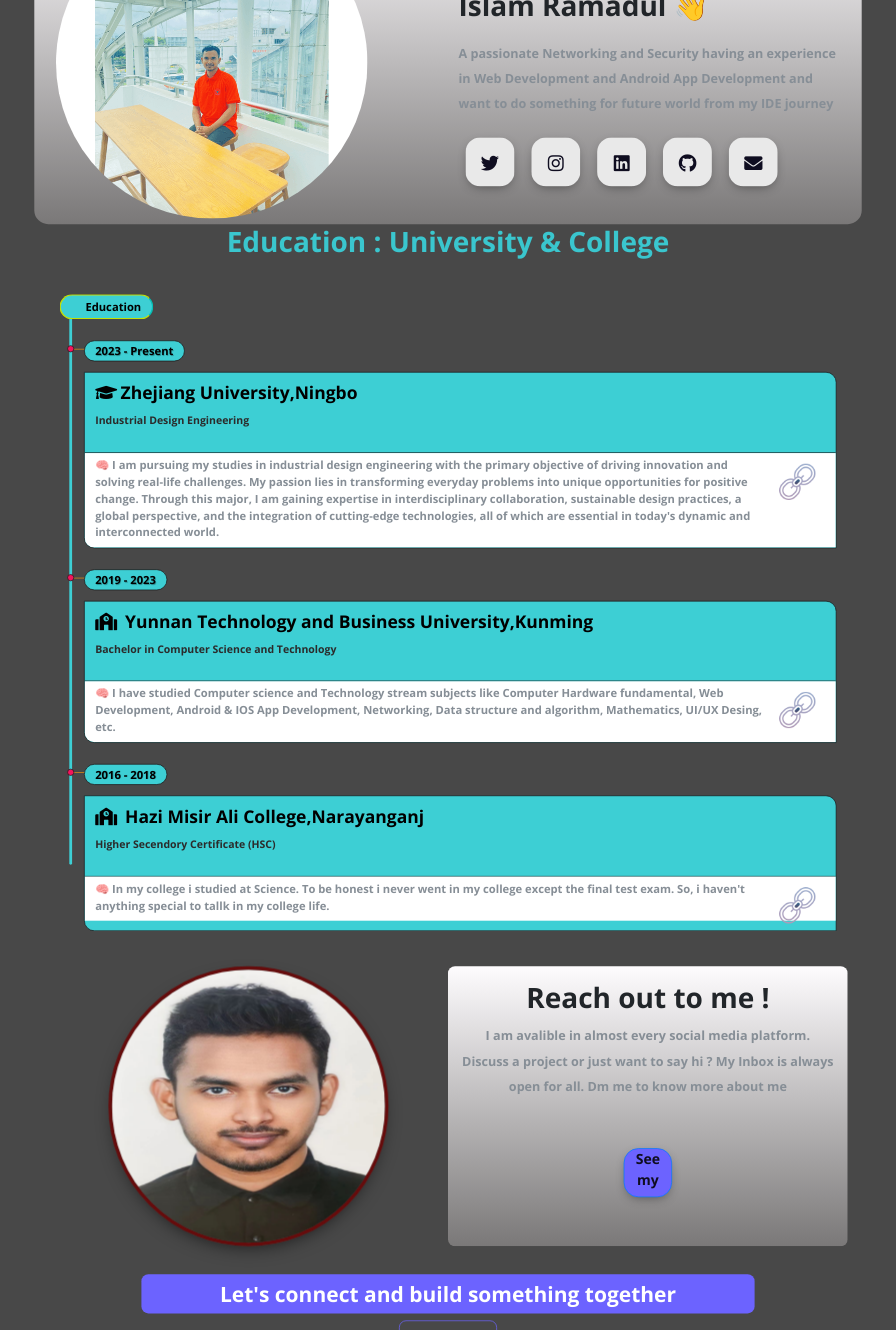
Repository: ramizraaz/ZjuProtfolio
Page: index.html
An editor plug-in stored every save of this project. The page is shown before and after the next save, followed by the edit.
The browser window is 1280 px wide. The pictures show the part of the page from y = 286 to 2186 px (the page is 2715 px tall), at 70% of full size.
Some icons come from a web library that is not loaded, so they are not drawn. A picture or video elsewhere on the page could not be fetched, so the positions and the page height are approximate. Some web fonts or font styles are not loaded; a fallback is used. Some web libraries are served in a nearby version.

Above is the page before, as saved 2023-10-08 19:43:50.

### index.html
<!DOCTYPE html>
<html lang="en" dir="ltr">

<head>
    <meta charset="utf-8">
    <meta name="viewport" content="width=device-width,initial-scale=1">
    <title>宋伟's Profile | Personal website</title>
    <link rel="icon" href="Image/RR.png">
    <link rel="stylesheet" href="https://stackpath.bootstrapcdn.com/bootstrap/4.5.0/css/bootstrap.min.css" integrity="sha384-9aIt2nRpC12Uk9gS9baDl411NQApFmC26EwAOH8WgZl5MYYxFfc+NcPb1dKGj7Sk" crossorigin="anonymous">
    <link rel="stylesheet" href="style.css">
    <link href="https://fonts.googleapis.com/css2?family=Arizonia&family=Montserrat:wght@400;800&display=swap" rel="stylesheet">
    <link href="https://fonts.googleapis.com/css2?family=Open+Sans:wght@700&display=swap" rel="stylesheet">
    <link rel="stylesheet" href="https://use.fontawesome.com/releases/v5.4.1/css/all.css" />
    <link rel="stylesheet" href="https://cdnjs.cloudflare.com/ajax/libs/font-awesome/5.13.1/css/all.min.css">
    <script src="https://code.jquery.com/jquery-3.5.1.slim.min.js" integrity="sha384-DfXdz2htPH0lsSSs5nCTpuj/zy4C+OGpamoFVy38MVBnE+IbbVYUew+OrCXaRkfj" crossorigin="anonymous"></script>
    <script src="https://cdn.jsdelivr.net/npm/popper.js@1.16.0/dist/umd/popper.min.js" integrity="sha384-Q6E9RHvbIyZFJoft+2mJbHaEWldlvI9IOYy5n3zV9zzTtmI3UksdQRVvoxMfooAo" crossorigin="anonymous"></script>
    <script src="https://stackpath.bootstrapcdn.com/bootstrap/4.5.0/js/bootstrap.min.js" integrity="sha384-OgVRvuATP1z7JjHLkuOU7Xw704+h835Lr+6QL9UvYjZE3Ipu6Tp75j7Bh/kR0JKI" crossorigin="anonymous"></script>
</head>

<body class="container-fluid body_section">
    <header>
        <nav class="navbar navbar-expand-lg navbar-light ">
            <a class="navbar-brand brand-name" href="#">Ramiz Raaz | Solo Rider</a>
            <button class="navbar-toggler" type="button" data-toggle="collapse" data-target="#navbarSupportedContent" aria-controls="navbarSupportedContent" aria-expanded="false" aria-label="Toggle navigation">
                  <span class="navbar-toggler-icon"></span>
                </button>
            <div class="collapse navbar-collapse" id="navbarSupportedContent">
                <ul class="navbar-nav ml-auto">
                    <li class="nav-item">
                        <a class="nav-link headerachor" href="index.html">Home</a>
                    </li>

                    <li class="nav-item">
                        <a class="nav-link headerachor" href="#Education">Education</a>
                    </li>
                    <li class="nav-item">
                        <a class="nav-link headerachor" href="">Skills</a>
                    </li>
                    <li class="nav-item">
                        <a class="nav-link headerachor" href="">Projects</a>
                    </li>
                    <li class="nav-item">
                        <a class="nav-link headerachor" href="">Contact Me</a>
                    </li>
                </ul>
        </nav>
    </header>
    <!-- Intro Section -->
    <section id="Home">
        <div class="row column1">
            <div class="col-lg-6 col-md-6 first-image">
                <img class="boyimage" src="img/me.gif" alt="">
            </div>
            <div class="col-lg-6 section-1">
                <h1 class="Hello">Welcome stranger!&nbsp&nbspI'm Islam Ramadul <span class="wave">👋</span></h1>
                <p>A passionate Networking and Security having an experience in Web Development and Android App Development and want to do something for future world from my IDE journey</p>
                <div class=social_media_icon>
                    <a class="btn" href="https://twitter.com/ramiz_raaz" target=_blank>
                        <i class="fab fa-twitter"></i>
                    </a>
                    <a class="btn" href="https://www.instagram.com/ramiz_raaz/" target=_blank>
                        <i class="fab fa-instagram"></i>
                    </a>
                    <a class="btn" href="https://www.linkedin.com/" target=_blank>
                        <i class="fab fa-linkedin" aria-hidden="true"></i>
                    </a>
                    <a class="btn" href="https://github.com/ramizraaz" target=_blank>
                        <i class="fab fa-github"></i>
                    </a>
                    <a class="btn" href="mailto:romiz.romeo.raaz@gmail.com/" target=_blank>
                        <i class="fa fa-envelope"></i>
                    </a>
                </div>
            </div>
    </section>
    <!-- Education Section -->
    <section id="Education">
        <div class="container">
            <div class="Heading">
                <h1>Education : University & College</h1>
                <br>
            </div>
            <div class="timeline">
                <div class="timeline-month">
                    Education
                </div>
                <div class="timeline-section">
                    <div class="timeline-date">
                        2023 - Present
                    </div>
                    <div class="row">
                        <div class="col-lg">
                            <div class="timeline-box">
                                <div class="box-title">
                                    <i class="fas fa-graduation-cap" aria-hidden="true"></i>Zhejiang University,Ningbo
                                    <p class="degree">Industrial Design Engineering</p>
                                </div>
                                <div class="box-content">
                                    <a class="btn-sm  float-right" role="button" href="https://www.zju.edu.cn/english/" target=_blank><img src="img/BTN.png" alt="visit here"></a>
                                    <div class="box-item">🧠 I am pursuing my studies in industrial design engineering with the primary objective of driving innovation and solving real-life challenges. My passion lies in transforming everyday problems into unique opportunities
                                        for positive change. Through this major, I am gaining expertise in interdisciplinary collaboration, sustainable design practices, a global perspective, and the integration of cutting-edge technologies, all of which
                                        are essential in today's dynamic and interconnected world.</div>
                                </div>
                            </div>
                        </div>
                    </div>
                </div>

                <div class="timeline-section">
                    <div class="timeline-date">
                        2019 - 2023
                    </div>
                    <div class="row">
                        <div class="col-lg">
                            <div class="timeline-box">
                                <div class="box-title">
                                    <i class="fas fa-school" aria-hidden="true"></i> Yunnan Technology and Business University,Kunming
                                    <p class="degree">Bachelor in Computer Science and Technology</p>
                                </div>
                                <div class="box-content">
                                    <a class="btn-sm  float-right" role="button" href="https://www.ytbu.edu.cn/" target=_blank><img src="img/BTN.png" alt="visit here"></a>
                                    <div class="box-item ">🧠 I have studied Computer science and Technology stream subjects like Computer Hardware fundamental, Web Development, Android & IOS App Development, Networking, Data structure and algorithm, Mathematics, UI/UX Desing,
                                        etc.
                                    </div>

                                </div>
                            </div>
                        </div>
                    </div>
                </div>

                <div class="timeline-section ">
                    <div class="timeline-date ">
                        2016 - 2018
                    </div>
                    <div class="row ">
                        <div class="col-lg ">
                            <div class="timeline-box ">
                                <div class="box-title ">
                                    <i class="fas fa-school " aria-hidden="true "></i> Hazi Misir Ali College,Narayanganj
                                    <p class="degree "> Higher Secendory Certificate (HSC)</p>
                                </div>
                                <div class="box-content ">
                                    <a class="btn-sm float-right " role="button" href="http://hmuc.edu.bd/" target=_blank><img src="img/BTN.png" alt="visit here"></a>
                                    <div class="box-item ">🧠 In my college i studied at Science. To be honest i never went in my college except the final test exam. So, i haven't anything special to tallk in my college life.</div>
                                    <div class="box-item "><b>
                                </div>
                            </div>
                        </div>
                    </div>
                </div>
            </div>
        </div>
    </section>
<!-- Contact Section -->
<section id="contact">
    <div class="row first-section">
        <div class="col-lg-6 col-md-6">
            <img class = "Profilepic" src="img/me.jpg" alt="">
        </div>
        <div class="col-lg-6 col-md-6 context">
            <h1>Reach out to me !</h1>
            <p>I am avalible in almost every social media platform.<br>
                Discuss a project or just want to say hi ? My Inbox is always open for all. Dm me to know more about me</p>
            <ul class="ico">
                <li class="icon"><a href="https://github.com/JCjaiRN/" target=_blank><span class="iconify github" data-icon="ant-design:github-filled" data-inline="false"  data-width="50" data-height="50"></span></li></a>
                 <li class="icon"><a href="https://www.instagram.com/j_c_r_n/" target=_blank><span class="iconify instagram" data-icon="entypo-social:instagram-with-circle" data-inline="false" data-width="50" data-height="50"></span></li></a>
                 <li class="icon"><a href="https://www.linkedin.com/in/jayachandran-jc-8064a919b/" target=_blank><span class="iconify linkedin" data-icon="entypo-social:linkedin-with-circle" data-inline="false"  data-width="50" data-height="50"></span></li></a>
                <li class="icon"><a href="mailto:jcrn2k@gmail.com/" target=_blank><span class="iconify google" data-icon="ant-design:google-plus-circle-filled" data-inline="false" data-width="50" data-height="50"></span></li></a>
                </ul>
                <a href="JCRN  Resume.pdf" target=_blank><button type="button" class="btn btn-primary btn-lg Resume">See my Resume</button></a>
         </div>
    </div>
    </section>
<section>
    <div class="second-section">
        <h1 class="connect">Let's connect and build something together</h1>
        <a class="sayhello" href="#contact">Say Hello <span class="wave">👋</span></a>
        <div class="col-lg-6 connect-image">
        <img  class= "connection" src="Image/connection.svg" alt="">
    </div>
    </div>
</section>
    </form>
    <footer class=footer>All the copyrights reserve 2023 Zju,NB | Made by 宋伟</footer>
</body>

</html>

### style.css
body {
    font-family: 'Open Sans', sans-serif;
    margin: 0;
    background: #b1adad;
    animation: pulse 10s infinite;
}

@keyframes pulse {
    0% {
        background: #F2F2F2;
    }
    10% {
        background: #FFFFFF;
    }
    20% {
        background: #d6d6d6e2;
        ;
    }
    30% {
        background: #acacacd8;
    }
    40% {
        background: #6b6b6bcf;
    }
    50% {
        background: #484848;
    }
    60% {
        background: #292929c8;
    }
    70% {
        background: #2f2e2ebc;
    }
    80% {
        background: #242424bb;
    }
    90% {
        background: #1e1e1ef7;
    }
    100% {
        background: #a6a6a6;
    }
}

.body_section {
    padding: 3% 5% 1%;
}

p {
    font-size: 18px;
}

a {
    text-decoration: none;
}

@font-face {
    font-family: "Lovely Home";
    src: local('Lovely Home'), url("Image/LovelyHome-9aBZ.ttf") format('truetype');
}

.brand-name,
.navbar-light .navbar-brand {
    font-family: "Lovely Home";
    font-size: 50px;
    font-weight: bold;
    color: #d72525e4;
    text-shadow: 2px 2px 4px #e71f4a;
}

.headerachor {
    margin: 0 7px 0 7px;
    border-radius: 15px;
    font-size: 25px;
}

.headerachor:hover {
    background-color: #ffffff82;
}


/* Section 1 */

.column1 {
    background-image: linear-gradient(#fefcfe, #7a7878);
    padding: 8px 16px;
    border-radius: 20px;
}

.section-1 {
    margin-top: 6%;
    text-align: left;
    position: relative;
}

span.wave {
    animation-name: wave-animation;
    animation-duration: 2.5s;
    animation-iteration-count: infinite;
    transform-origin: 70% 70%;
    display: inline-block;
}

@keyframes wave-animation {
    0% {
        transform: rotate( 0.0deg)
    }
    10% {
        transform: rotate(-10.0deg)
    }
    20% {
        transform: rotate( 12.0deg)
    }
    30% {
        transform: rotate(-10.0deg)
    }
    40% {
        transform: rotate( 9.0deg)
    }
    50% {
        transform: rotate( 0.0deg)
    }
    100% {
        transform: rotate( 0.0deg)
    }
}

.boyimage {
    height: 445px;
    border-radius: 50%;
}

@media only screen and (max-width: 1183px) {
    .first-image {
        right: 160px;
    }
}

.Image-boy {
    text-align: center;
    align-items: center;
}

@media only screen and (min-width:951px) {
    .Image-boy {
        display: none;
    }
}

.Hello {
    margin-bottom: 20px;
}

p {
    line-height: 2;
    color: #d35d5d;
}

.btn {
    display: inline-block;
    width: 4.37rem;
    height: 4.37rem;
    background: #e9e9e9;
    padding: 0px 0px;
    margin: 10px;
    border-radius: 30%;
    box-shadow: 0 5px 15px -5px #00000070;
    color: #0f0d20;
    overflow: hidden;
    position: relative;
}

.btn i {
    line-height: 70px;
    font-size: 1.625rem;
    transition: 0.2s linear;
}

.btn:hover i {
    transform: scale(1.3);
    color: #f1f1f1;
}

.btn::before {
    content: "";
    position: absolute;
    width: 120%;
    height: 120%;
    background: #f37312;
    transform: rotate(45deg);
    left: -110%;
    top: 90%;
}

.btn:hover::before {
    animation: aaa 0.7s 1;
    top: -10%;
    left: -10%;
}

@media only screen and (max-width:470px) {
    .btn {
        width: 2.5rem;
        height: 2.5rem;
        margin: 7px;
    }
    .btn i {
        line-height: 40px;
        font-size: 1em;
    }
}


/* Education CSS */

.Heading {
    text-align: center;
    color: #3ac6ce;
}

.timeline {
    margin-top: 20px;
    position: relative;
}

.timeline:before {
    position: absolute;
    content: '';
    width: 4px;
    height: calc(100% - 100px);
    background: #3dcfd4;
    left: 14px;
    top: 5px;
    border-radius: 4px;
}

.timeline-month {
    color: black;
    position: relative;
    padding: 4px 15px 4px 35px;
    background-color: #3dcfd4;
    display: inline-block;
    width: auto;
    border-radius: 40px;
    border: 2px solid #c3e006;
    border-right-color: rgb(6, 193, 183);
    margin-bottom: 30px;
}

.timeline-section {
    padding-left: 35px;
    display: block;
    position: relative;
    margin-bottom: 30px;
}

.timeline-date {
    margin-bottom: 15px;
    padding: 2px 15px;
    background: #3dcfd4;
    position: relative;
    display: inline-block;
    border-radius: 20px;
    border: 1px solid #1b1717;
    color: black;
    text-shadow: 1px 1px 1px rgba(0, 0, 0, 0.3);
}

.timeline-section:before {
    content: '';
    position: absolute;
    width: 30px;
    height: 1px;
    background-color: #e89014;
    top: 12px;
    left: 20px;
}

.timeline-section:after {
    content: '';
    position: absolute;
    width: 10px;
    height: 10px;
    background: #f3155b;
    top: 7px;
    left: 11px;
    border: 1px solid #17191B;
    border-radius: 100%;
}

.timeline-box {
    position: relative;
    color: black;
    background-color: #3dcfd4;
    border-radius: 15px;
    border-top-left-radius: 0px;
    border-bottom-right-radius: 0px;
    border: 1px solid #17191B;
    transition: all 0.3s ease;
    overflow: hidden;
}

.box-icon {
    position: absolute;
    right: 5px;
    top: 0px;
}

.box-title {
    padding: 10px 15px;
    font-size: 25px;
    border-bottom: 1px solid #17191B;
}

.degree {
    font-size: 15px;
    color: #2b2b2b;
}

.box-title i {
    margin-right: 5px;
}

.box-content {
    padding: 5px 15px;
    background-color: white;
}

.box-item {
    margin-bottom: 5px;
    color: #868e96;
    font-weight: 400;
}

.certificate {
    padding-top: 20px;
}

.certificate-text {
    text-align: center;
}

.box-shadow {
    box-shadow: 5px 5px 5px #d9dbdf;
}


/* Contact style */

#contact {
    padding: 20px 20px 10px;
}

.first-section {
    text-align: center;
}

.Profilepic {
    border-radius: 100%;
    width: 400px;
    height: 400px;
    border: 5px solid;
    border-color: #660c0c;
    box-shadow: 0 10px 30px -15px rgba(0, 0, 0, 0.897);
    ;
}

.context {
    border-radius: 10px;
    background-image: linear-gradient(#fefcfe, #7a7878);
    text-align: center;
    padding-top: 20px;
}

h1 {
    font-weight: bold;
}

p {
    padding-top: 5px;
    padding-bottom: 5px;
    color: #868e96;
}

.ico {
    padding: 0;
}

.icon {
    text-decoration: none;
    list-style: none;
    margin: 0 7px 0;
    display: inline;
}

.github {
    color: gray;
}

.instagram {
    color: #fb3958;
}

.linkedin {
    color: #0e76a8;
}

.google {
    color: #ea4335;
}

.github:hover,
.instagram:hover,
.google:hover,
.linkedin:hover {
    color: black;
}

.Resume {
    background-color: #6c63ff;
}

.Resume:hover {
    color: black;
    background-color: white;
}

.second-section {
    text-align: center;
}

.connect {
    font-weight: normal;
    margin-top: 30px;
    margin-bottom: 20px;
    font-size: 30px;
    color: white;
    background-color: #6c63ff;
    padding: 10px 30px 10px;
    margin-left: 12%;
    margin-right: 12%;
    border-radius: 10px;
}

.connection {
    margin-top: 30px;
    margin-left: 290px;
    width: 100%;
    height: 100%;
    margin-bottom: 10px;
}

.sayhello {
    margin-top: 15px;
    border: 1px solid #6c63ff;
    border-radius: 10px;
    padding: 10px 20px 10px;
}

.sayhello:hover {
    text-align: none;
    text-decoration: none;
    color: white;
    background-color: #6c63ff;
}

span.wave {
    animation-name: wave-animation;
    animation-duration: 2.5s;
    animation-iteration-count: infinite;
    transform-origin: 70% 70%;
    display: inline-block;
}

@keyframes wave-animation {
    0% {
        transform: rotate( 0.0deg)
    }
    10% {
        transform: rotate(-10.0deg)
    }
    20% {
        transform: rotate( 12.0deg)
    }
    30% {
        transform: rotate(-10.0deg)
    }
    40% {
        transform: rotate( 9.0deg)
    }
    50% {
        transform: rotate( 0.0deg)
    }
    100% {
        transform: rotate( 0.0deg)
    }
}

@media only screen and (max-width: 950px) {
    body,
    html {
        text-align: center;
        font-size: 16px;
        line-height: normal;
    }
    h1 {
        font-size: 30px;
    }
    .connect {
        font-size: 20px;
    }
    .connection {
        margin-left: 0px;
    }
}

footer {
    padding-top: 2%;
    color: #000000;
    text-align: center;
}

After the next save:
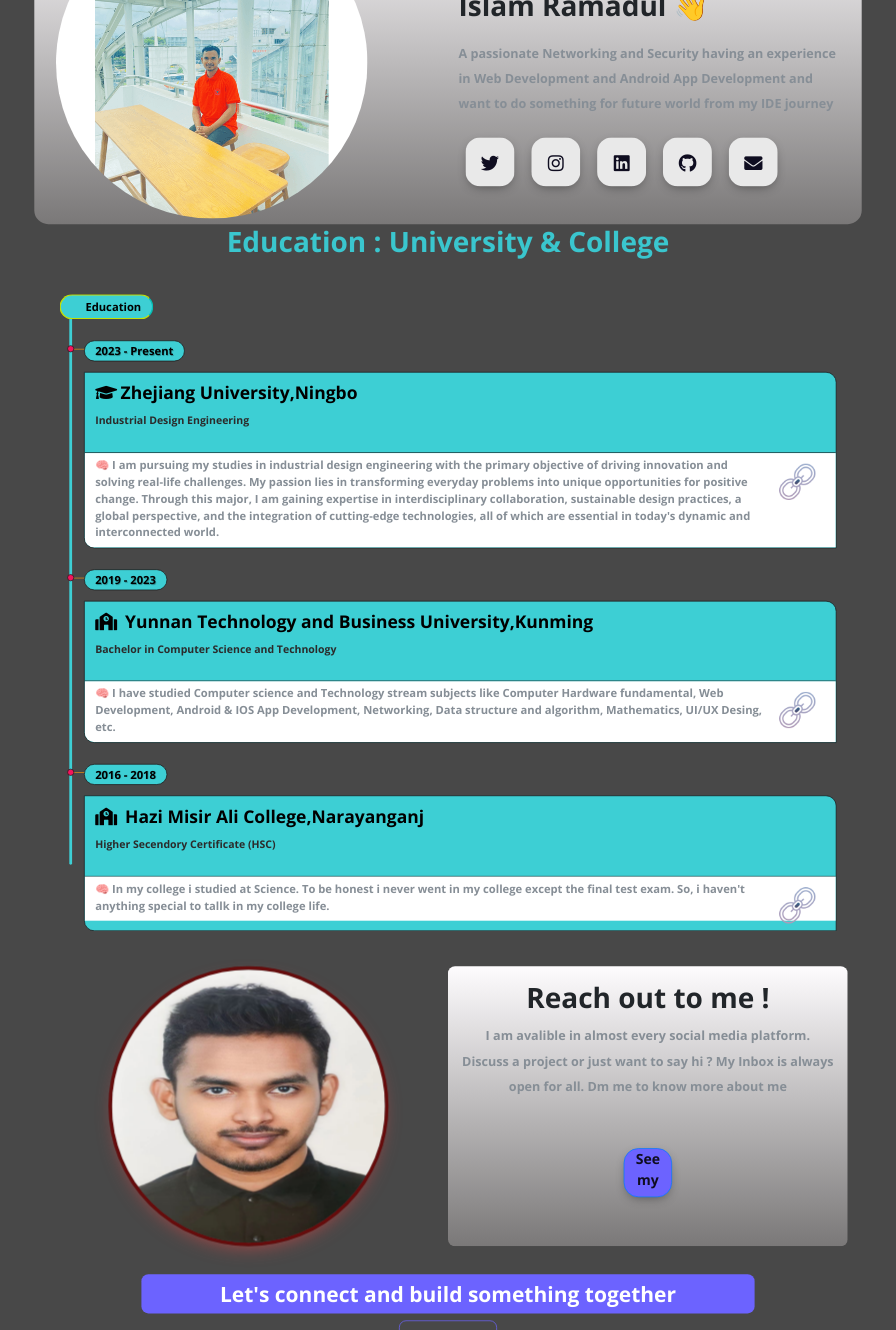
Saved 12 s later.
--- a/style.css
+++ b/style.css
@@ -361,7 +361,7 @@ p {
     height: 400px;
     border: 5px solid;
     border-color: #660c0c;
-    box-shadow: 0 10px 30px -15px rgba(0, 0, 0, 0.897);
+    box-shadow: 0 10px 30px -15px rgba(230, 71, 71, 0.897);
     ;
 }
 
